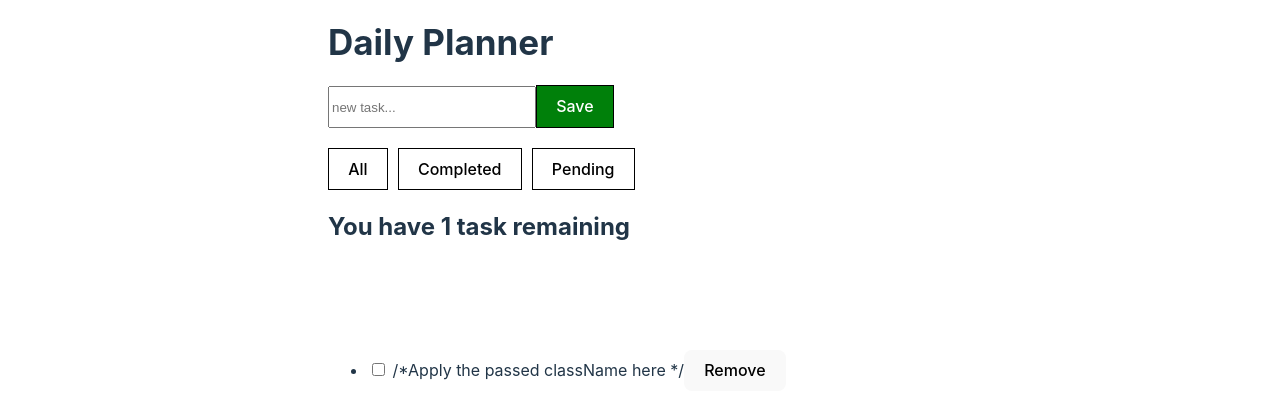
Repository: leslie179/lab4
Page: / (app in lab4/), after clicking the first element matching `button`
These files come from the project's save history. The page is drawn as it stood at one moment and after a run of saves; the edit follows.
The browser window is 1280 px wide. The pictures show the whole page.
The project was rebuilt for these pictures with package versions that can differ from the ones it lists, and the page was loaded fresh each time. Also part of the build but not shown: lab4/vite.config.js.

Above is the page before, as saved 2024-10-27 18:47:08.

### lab4/src/App.jsx
import { useState } from 'react'
import './App.css'

import Task from './components/Task'
import TaskForm from './components/TaskForm'

function App() {
  const [tasks, setTasks] = useState([])
  const [filter, setFilter] = useState("All")

  const remainingTasks = tasks.filter(task => !task.completed).length;

  return (
    <div>
      <h1>Daily Planner</h1>
      <TaskForm setTasks={setTasks} />

      <button className="filter-button" onClick={() => setFilter("All")}>All</button>
      <button className="filter-button" onClick={() => setFilter("Completed")}>Completed</button>
      <button className="filter-button" onClick={() => setFilter("Pending")}>Pending</button>

      <h2>You have {remainingTasks} task{remainingTasks !== 1 ? 's' : ''} remaining</h2>

      <ul>
        {tasks && tasks.filter((task) => {
          if (filter === "All") {
            return true;
          } else if (filter === "Completed") {
            return task.completed;
          } else if (filter === "Pending") {
            return !task.completed;
          }
          return true;
        }).map((task, i) => {
          return <Task className="task-font" key={i} task={task} setTasks={setTasks} index={i} />
        })}
      </ul>
    </div>
  )
}

export default App;

### lab4/src/App.css
#root {
  max-width: 1280px;
  text-align: left;
  padding-left: 20rem;
}

h1{
  font-size: 35px;
}

.filter-button{
  border: 1px solid black;
  background-color: white;
  margin-right: 10px;
  margin-top: 20px;
  border-radius: 0px;
}

.save{
  background-color: #00800a;
  border-radius: 0px;
  border: 1px solid black;
  padding-top:2mm;
  height:43px;
  color: white;

}

.task-font{
  font-size: 100px;
}

.h2{
  font-weight: bold;
  font-size: 30px;
}
.input{
width:200px;
height:36px;
}

.read-the-docs {
  color: #888;
}

### lab4/src/components/Task.jsx
// Task.jsx
function Task({ task, setTasks, index, className }) {

    const remove = () => {
        setTasks((currentTasks) => {
            const tmpTasks = [...currentTasks] // (deep copy)
            tmpTasks.splice(index, 1) // remove 1 value at this index (key == index)
            return tmpTasks
        })
    }

    const toggleCompleted = (e) => {
        setTasks((currentTasks) => {
            const tmpTasks = [...currentTasks] // (deep copy)
            tmpTasks[index].completed = e.target.checked
            return tmpTasks
        })
    }

    return (
      <li>
        <input type="checkbox" onChange={(e) => toggleCompleted(e)} />
        <span className={className}>{task.task}</span> /*Apply the passed className here */
        <button onClick={() => remove()}>Remove</button>
      </li>
    )
}

export default Task;

### lab4/src/components/TaskForm.jsx
import { useState } from "react"

function TaskForm({ setTasks }) {
    const [currentTask, setCurrentTask] = useState()
    const save = () => {
        setTasks((currentTasks) => { // trick to get current state
            // im just naming it tmp for temporary
            const tmpTasks = [...currentTasks] // deep copy (tmpTasks is just a copy of currentTasks cause you cant just copy an array)
            tmpTasks.push({ task: currentTask, completed: false })
            return tmpTasks
        })
        setCurrentTask("")
    }
    // the onChange is a function that runs everytime the input text changes
    // everytime the input text changes update the state with the value of the text input
    return <div>
        <input className="input" type="text" onChange={(e) => setCurrentTask(e.target.value)} placeholder="new task..."/>
        <button className="save" onClick={() => save()}>Save</button>
    </div>
}

export default TaskForm

Loaded but not shown: lab4/index.html (common file); lab4/src/main.jsx (common file); lab4/src/index.css (common file)

After the next 2 saves:
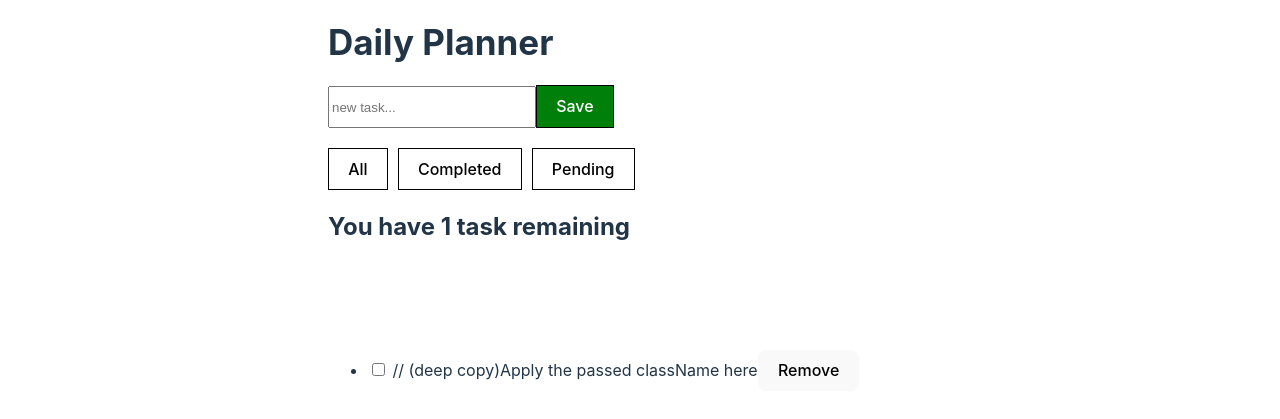
The 2 saves are shown as one change because they came seconds apart.
The last was saved 11 s later.
--- a/lab4/src/components/Task.jsx
+++ b/lab4/src/components/Task.jsx
@@ -20,7 +20,7 @@ function Task({ task, setTasks, index, className }) {
     return (
       <li>
         <input type="checkbox" onChange={(e) => toggleCompleted(e)} />
-        <span className={className}>{task.task}</span> /*Apply the passed className here */
+        <span className={className}>{task.task}</span> // (deep copy)Apply the passed className here
         <button onClick={() => remove()}>Remove</button>
       </li>
     )
